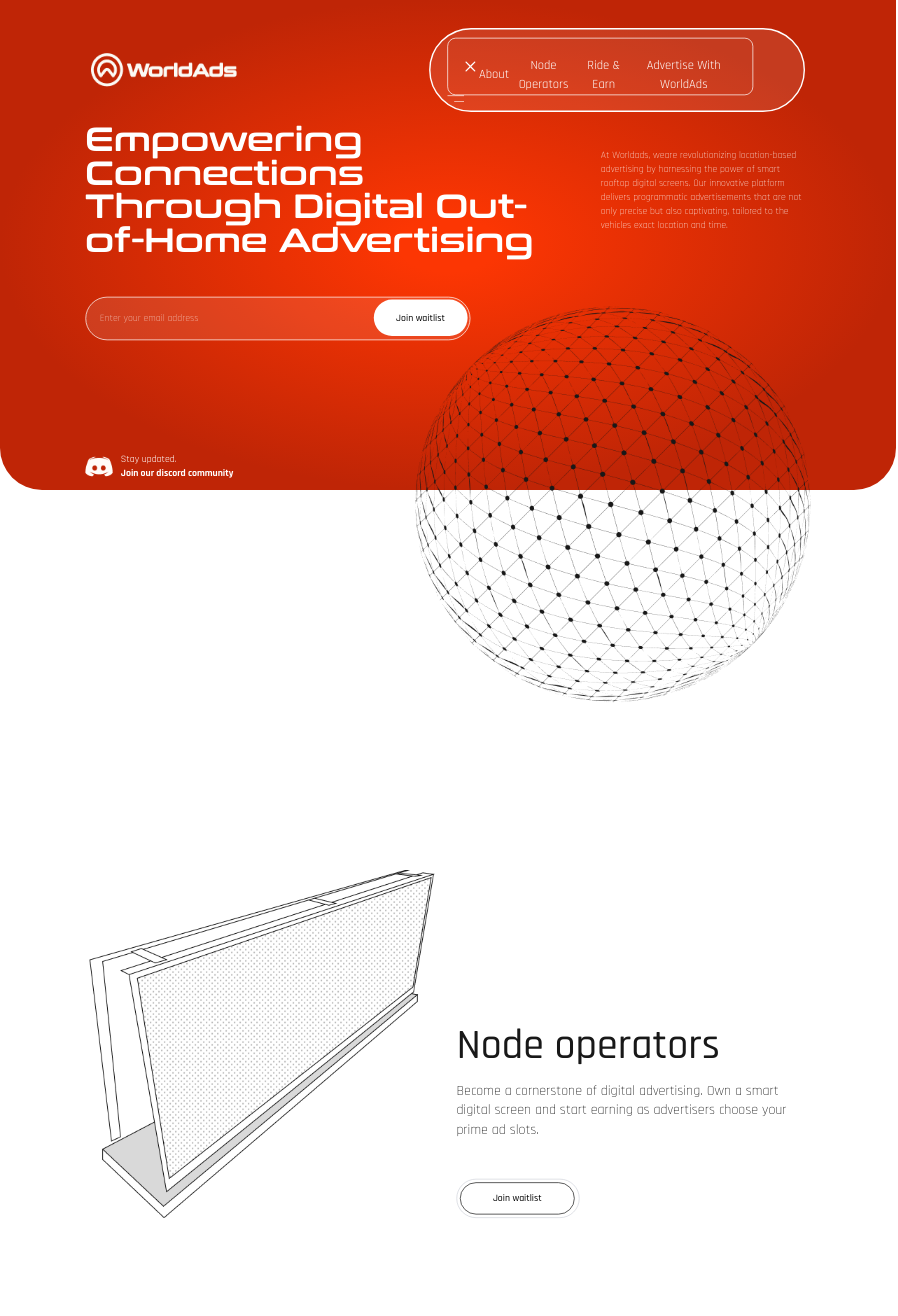
Repository: Abdul-Hannan232/worldAds
Page: /
These files come from the project's save history. The page is drawn as it stood at one moment and after the next save; the edit follows.
The browser window is 1280 px wide. The page is 1283 px wide, so the pictures cover 1283 px, including what lies to the right of the window. The pictures show the part of the page from y = 0 to 1880 px (the page is 3879 px tall), at 70% of full size.
The project was rebuilt for these pictures with package versions that can differ from the ones it lists, and the page was loaded fresh each time. The framework's server and built-in components were replaced by stand-ins that run in the browser. Also part of the build but not shown: next.config.mjs, app/component/NavContent.jsx.

Above is the page before, as saved 2024-05-10 22:25:29.

After the next save:
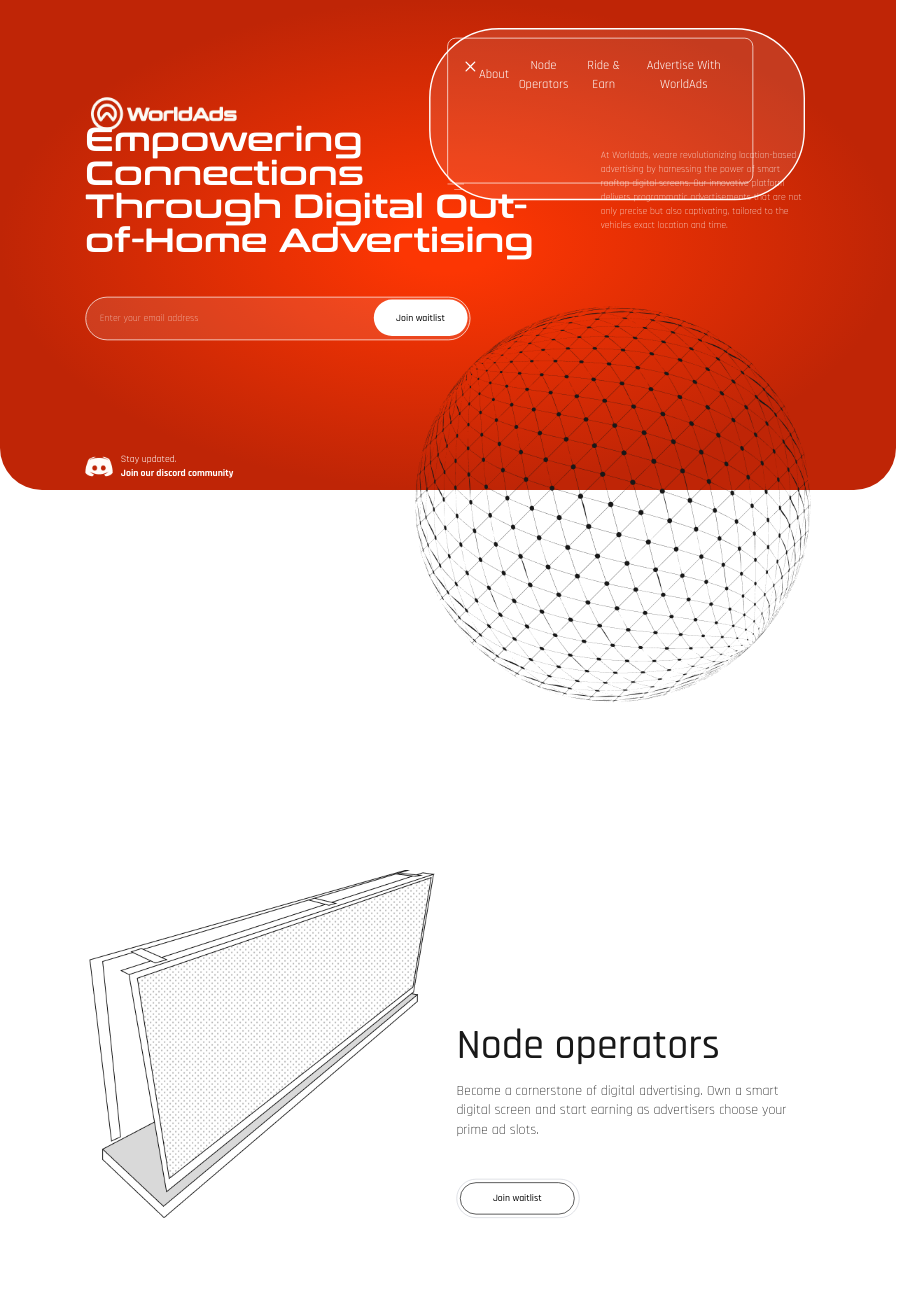
Saved 27 s later.
--- a/app/component/Header.jsx
+++ b/app/component/Header.jsx
@@ -54,7 +54,7 @@ const Header = () => {
                     type="button"
                     onClick={dropDownOpen}
                 >
-                    <div className='w-[90%] border border-white rounded-xl'>
+                    <div className='w-[90%] border border-white rounded-xl h-52'>
                         <ul className="px-5 flex items-center space-y-6 text-center text-lg text-white justify-between">
                             <li><RxCross2 className="text-2xl font-bold" /></li>
                             <li><a href="#">About</a></li>
